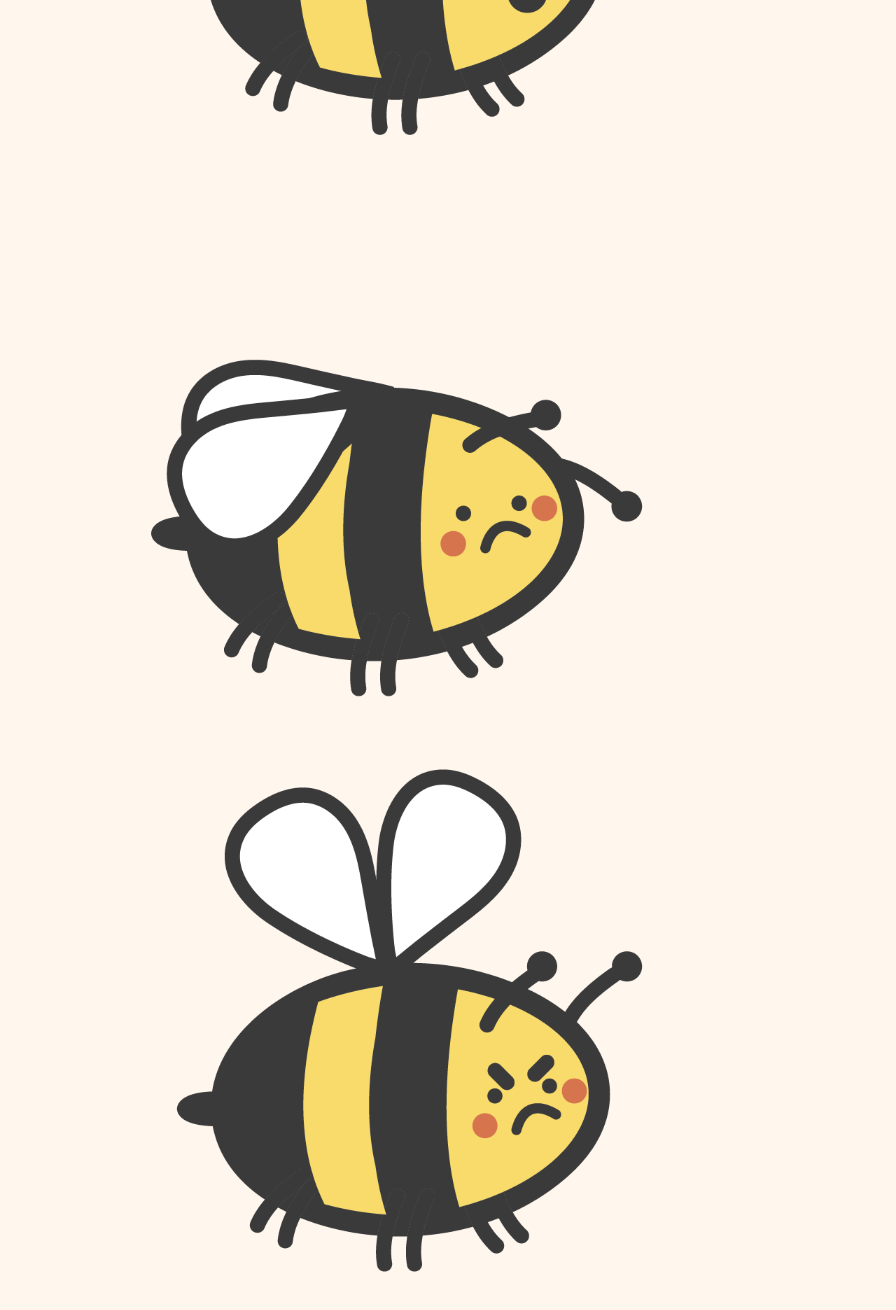
Repository: giovanabirck/beeboo-styleguide
Page: pages/mascot.html
The author's editor kept a copy of each file at every save. The page is drawn from the files as they stood at one save, then again after a run of saves.
The browser window is 1280 px wide. The pictures show the part of the page from y = 2547 to 4467 px (the page is 4418 px tall before and 4478 px after), at 70% of full size.
Some web fonts or font styles are not loaded; a fallback is used.

Above is the page before, as saved 2023-03-09 15:09:08.

### pages/mascot.html
<!DOCTYPE html>

<html lang="en">

<head>
    <meta charset="UTF-8">
    <meta http-equiv="X-UA-Compatible" content="IE=edge">
    <meta name="viewport" content="width=device-width, initial-scale=1.0">
    <link rel="stylesheet" href="/styles/mascot.css">
    <link rel="preconnect" href="https://fonts.googleapis.com">
    <link rel="preconnect" href="https://fonts.gstatic.com" crossorigin>
    <link href="https://fonts.googleapis.com/css2?family=Truculenta:wght@100;200;300;400;500;600;700;800;900&display=swap" rel="stylesheet">
    <title>Mascot</title>
</head>

<body>

    <section class="top-menu">

        <div class="top-menu_item top-menu_boo">
            <a href="/pages/index.html">
                <img class="top-menu_boo-icon" src="/public/mascot/boo-happy.png" alt="beeboo mascot happy">
            </a>
        </div>

        <div class="top-menu_item">
            <a href="/pages/logo.html">
                LOGO
            </a>
        </div>

        <div class="top-menu_item">
            <a href="/pages/colour.html">
                COLOUR
            </a>
        </div>

        <div class="top-menu_item">
            <a href="/pages/typography.html">
                TYPOGRAPHY
            </a>
        </div>

        <div class="top-menu_item-mascot">
            <a href="/pages/mascot.html">
                MASCOT
            </a>
        </div>

        <div class="top-menu_item">
            <a href="/pages/imagery.html">
                IMAGERY
            </a>
        </div>

        <div class="top-menu_item-icons">
            <a href="/pages/icons.html">
                ICONS
            </a>
        </div>
    </section>

    <div class="main-content">

        <div class="main-content-top">
            <div class="main-content_text">
                <h1 class="main-content_text-h1">MASCOT</h1>
                <h3 class="main-content_text-h3">This is Boo, a friendly and knowledgable little bee!</h3>
                <p class="main-content_text-p1">Boo was created to be appealing to children. With rounded edges, loving smile and adorable pink cheeks, our mascot has what it takes to generate empathy</p>
            </div>

            <div class="main-content_boo">
                <img class="main-content_boo-item" src="/public/mascot/boo-happy-reflect.png" alt="beeboo mascot happy">
            </div>
        </div>

        <div class="main-content_text">
            <h2 class="main-content_text-h2">VARIATIONS</h1>
            <h3 class="main-content_text-h3">Four variations were considered for Boo: happy, surprised, sad and angry</h3>
            <div>
                <div>
                    <h4>Happy</h4>
                    <img src="/public/mascot/boo-happy.png" alt="">
                </div>
                <div>
                    <h4>Surprised</h4>
                    <img src="/public/mascot/boo-surprised.png" alt="">
                </div>
                <img src="/public/mascot/boo-sad.png" alt="">
                <img src="/public/mascot/boo-angry.png" alt="">
            </div>
        </div>

    </div>

    <img class="background-top"src="/public/background/top-honeycomb.png" alt="small honeycomb">
    <img class="background-bottom" src="/public/background/bottom-honeycomb.png" alt="big honeycomb">

</body>

</html>

### styles/mascot.css
/*

COLORS
Background: #FFF7EE
Text:       #3A3A3A
Primary:    #F9DB6C
Secondary:  #E56E42
Tertiary:   #4C8C4A

*/

html {
    background-color: #FFF7EE;
    margin: 0px;
    padding: 0px;
    height: 100vh;
    width: 100vw;
    font-family: 'Truculenta', sans-serif;
    color: #3A3A3A;
}

a {
    color: #3A3A3A;
    text-decoration: none;
}

/* ––––––––––––––––––––––––––––––––––––––––––– */

/* TOP MENU */

.top-menu {
    outline: 2px solid #3A3A3A;
    width: 99vw;
    height: 5rem;
    display: flex;
    justify-content: space-around;
    align-items: center;
    font-size: 1.3rem;
    font-weight: 600;
}

.top-menu_boo-icon {
    width: 4rem;
    rotate: -15deg;
}

.top-menu_item-mascot {
    background-color: #F9DB6C;
    border-right: 2px solid #3A3A3A;
    height: 5rem;
    width: 14rem;
    display: flex;
    justify-content: center;
    align-items: center;
}

.top-menu_item:hover {
    background-color: rgba(249, 219, 108, 0.5);
    transition-duration: 0.5s;
    height: 5rem;
    width: 14rem;
}

.top-menu_item {
    border-right: 2px solid #3A3A3A;
    height: 5rem;
    width: 14rem;
    display: flex;
    justify-content: center;
    align-items: center;
}

.top-menu_item-icons {
    border-right: none;
    height: 5rem;
    width: 14rem;
    display: flex;
    justify-content: center;
    align-items: center;
}

.top-menu_item-icons:hover {
    background-color: rgba(249, 219, 108, 0.5);
    transition-duration: 0.5s;
    height: 5rem;
    width: 14rem;
}

/* ––––––––––––––––––––––––––––––––––––––––––– */

/* BACKGROUND IMAGES */

.background-bottom {
    position: absolute;
    left: 3rem;
    top: 23rem;
    height: 25rem;
}

.background-top {
    position: absolute;
    right: 3rem;
    top: 9rem;
    height: 10rem;
}

/* ––––––––––––––––––––––––––––––––––––––––––– */

/* MASCOT */

.main-content {
    display: flex;
    flex-direction: column;
    row-gap: 5rem;
    justify-content: center;
    align-items: center;
    align-content: center;
    height: 180vh;
}

.main-content_boo-item {
    rotate: 15deg;
    height: 30rem;
    animation: float 6s ease-in-out infinite;
    position: absolute;
    right: 15rem;
    top: 18rem;
}

@keyframes float {
	0% {transform: translatey(0px);}
    25% {transform: translatey(-10px);}
	75% {transform: translatey(10px);}
	100% {transform: translatey(0px);}
}

.main-content_text {
    background-color: #FFFF;
    height: 35rem;
    width: 58rem;
    padding: 3rem;
    border: 2px dashed #3A3A3A;
    border-radius: 16px;
}

.main-content_text-h1 {
    font-size: 7rem;
    font-weight: 900;
    margin: 0 0 1rem 0;
}

.main-content_text-h2 {
    font-size: 4rem;
    font-weight: 900;
    margin: 0 0 1rem 0;
}

.main-content_text-h3 {
    font-size: 1.8rem;
    font-weight: 700;
    margin: 0 0 3rem 0;
}

.main-content_text-p1 {
    font-size: 1.8rem;
    font-weight: 400;
    margin: 0 0 4rem 0;
    width: 32rem;
    line-height: 3rem;
}

After the next 5 saves:
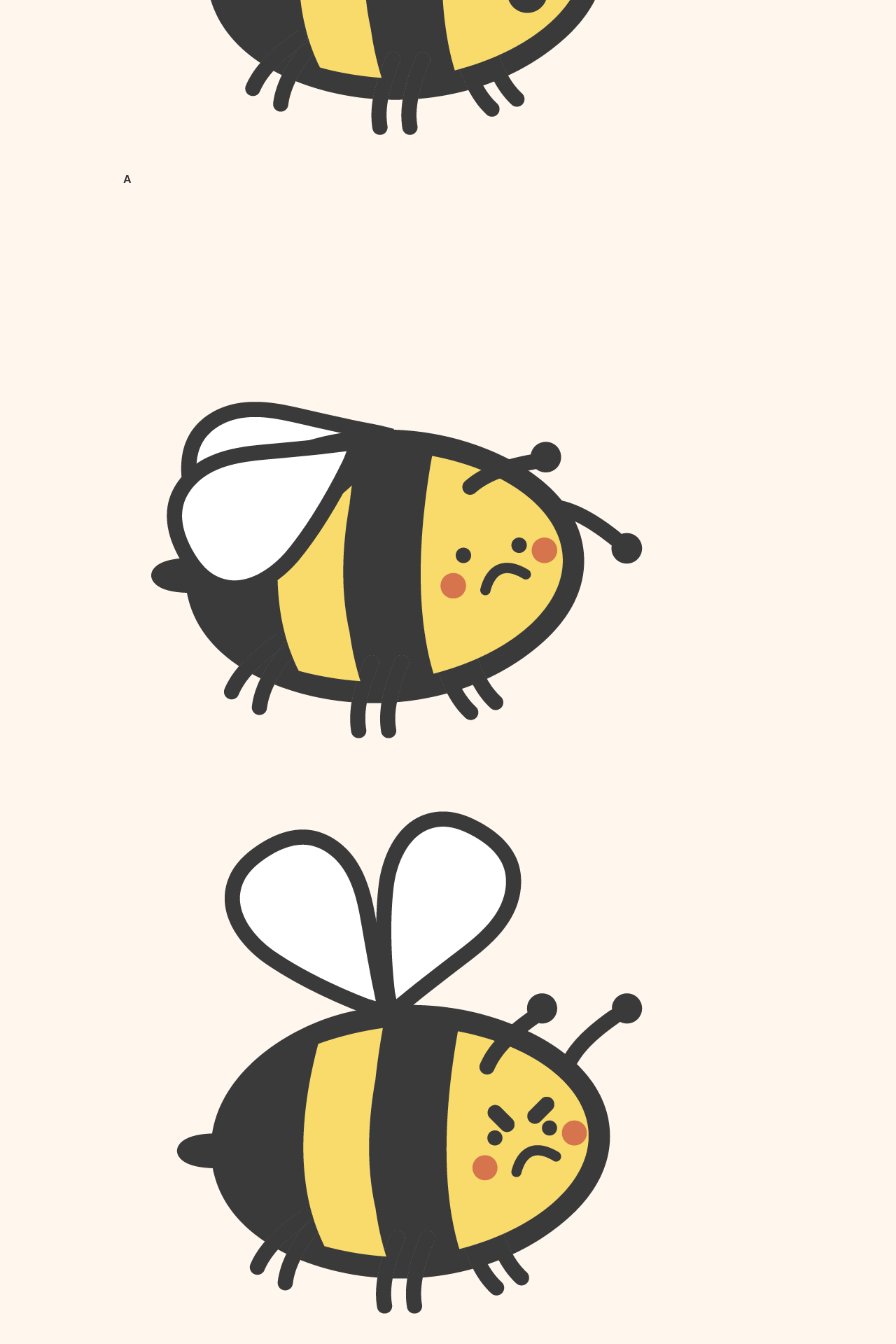
The 5 saves are shown as one change because they came seconds apart.
The last was saved 14 s later.
--- a/pages/mascot.html
+++ b/pages/mascot.html
@@ -86,7 +86,10 @@
                     <h4>Surprised</h4>
                     <img src="/public/mascot/boo-surprised.png" alt="">
                 </div>
-                <img src="/public/mascot/boo-sad.png" alt="">
+                <div>
+                    <h4>A</h4>
+                    <img src="/public/mascot/boo-sad.png" alt="">
+                </div>
                 <img src="/public/mascot/boo-angry.png" alt="">
             </div>
         </div>
